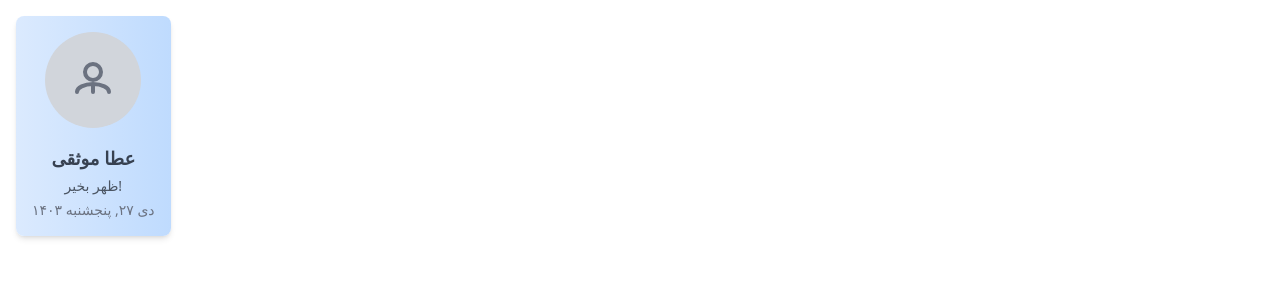
Repository: spnovaa/work-hive
Page: / (app in front_end/)
An editor plug-in stored every save of this project. The page is shown before and after a run of saves, followed by the edit.
The browser window is 1280 px wide. The pictures show the whole page.
The project was rebuilt for these pictures with package versions that can differ from the ones it lists, and the page was loaded fresh each time. Also part of the build but not shown: front_end/src/api/auth.js, front_end/src/pages/login.jsx, front_end/src/pages/registration.jsx, front_end/src/components/profile/dropdown.jsx.

Above is the page before, as saved 2025-01-16 15:32:29.

### front_end/src/index.js
import React from 'react';
import ReactDOM from 'react-dom/client'; // Import from 'react-dom/client' for React 18+
import './styles/globals.css';
import App from './App';

// Create a root element for rendering the React application
const root = ReactDOM.createRoot(document.getElementById('root'));

// Use the new `render` method for React 18+
root.render(
  <React.StrictMode>
    <App />
  </React.StrictMode>
);

### front_end/src/App.jsx
import React from 'react';
import { BrowserRouter as Router, Routes, Route } from 'react-router-dom';
import Login from './pages/login';
import Registration from './pages/registration';
import Home from './pages/home';

function App() {
  return (
    <Router>
      <Routes>
        <Route path="/login" element={<Login />} />
        <Route path="/register" element={<Registration />} />
        <Route path="/" element = {<Home/>}/>
      </Routes>
    </Router>
  );
}

export default App;

### front_end/src/pages/home.jsx
import React, { useState } from 'react';
import ProfileSection from '../components/profile/profileSection';

function Home() {
  const [background, setBackground] = useState('bg-white');
  const handleBackgroundChange = (bg) => {
    setBackground(bg);
  };
  const getCurrentDate = () => {
    const options = { weekday: 'long', year: 'numeric', month: 'long', day: 'numeric' };
    return new Date().toLocaleDateString('fa-IR', options); // Persian calendar format
  };
  return (
    <div className={`h-screen ${background} p-4`}>
      <div className="absolute top-4 left-4">
        <ProfileSection
          name="عطا موثقی"
          greeting="ظهر بخیر!"
          date={getCurrentDate()}
          onBackgroundChange={handleBackgroundChange}
        />
      </div>
    </div>
  );
}

export default Home;

### front_end/src/components/profile/profileSection.jsx
import React, { useState, useEffect, useRef } from 'react';
import ProfileDropdown from './dropdown.jsx';

const ProfileSection = ({ name, greeting, date, onBackgroundChange }) => {
  const [isDropdownOpen, setIsDropdownOpen] = useState(false);
  const dropdownRef = useRef(null);

  const toggleDropdown = () => {
    setIsDropdownOpen((prev) => !prev);
  };

  // Close dropdown when clicking outside
  useEffect(() => {
    const handleClickOutside = (event) => {
      if (dropdownRef.current && !dropdownRef.current.contains(event.target)) {
        setIsDropdownOpen(false);
      }
    };

    document.addEventListener('mousedown', handleClickOutside);
    return () => {
      document.removeEventListener('mousedown', handleClickOutside);
    };
  }, []);

  return (
    <div className="relative">
  {/* Profile Section */}
  <div
    className={`relative z-0 p-4 bg-gradient-to-r from-blue-100 to-blue-200 rounded-lg shadow-md max-w-xs cursor-pointer ${
      isDropdownOpen ? 'hidden' : ''
    }`}
    onClick={toggleDropdown}
  >
    <div className="flex flex-col items-center">
      <div className="bg-gray-300 w-24 h-24 rounded-full flex items-center justify-center mb-4">
        <svg
          xmlns="http://www.w3.org/2000/svg"
          className="h-12 w-12 text-gray-500"
          fill="none"
          viewBox="0 0 24 24"
          stroke="currentColor"
        >
          <path
            strokeLinecap="round"
            strokeLinejoin="round"
            strokeWidth="2"
            d="M12 12c2.21 0 4-1.79 4-4s-1.79-4-4-4-4 1.79-4 4 1.79 4 4 4zM12 14c-4.418 0-8 1.79-8 4m8-4c4.418 0 8 1.79 8 4m-8-4v4"
          />
        </svg>
      </div>
      <h2 className="text-lg font-semibold text-gray-700">{name}</h2>
      <p className="text-sm text-gray-600 mt-1">{greeting}</p>
      <p className="text-sm text-gray-500 mt-1">{date}</p>
    </div>
  </div>

  {/* Dropdown */}
  {isDropdownOpen && (
    <div
      ref={dropdownRef}
      className="absolute top-0 left-0  bg-white rounded-lg shadow-lg p-4 w-full"
    >
      <ProfileDropdown onBackgroundChange={onBackgroundChange} />
    </div>
  )}
</div>

  );
};

export default ProfileSection;

Loaded but not shown: front_end/public/index.html (common file); front_end/src/styles/globals.css (common file); front_end/tailwind.config.js (common file)

After the next 2 saves:
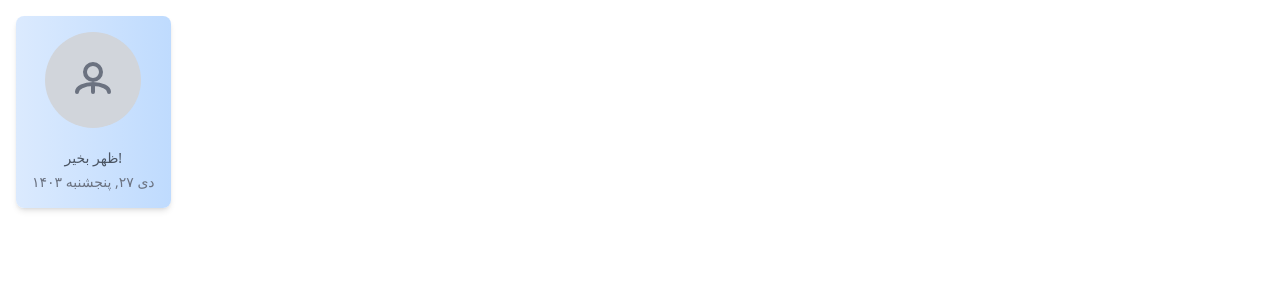
The 2 saves are shown as one change because 1 did not build or start.
The last was saved 4 min 54 s later.
--- a/front_end/src/pages/home.jsx
+++ b/front_end/src/pages/home.jsx
@@ -1,7 +1,7 @@
 import React, { useState } from 'react';
 import ProfileSection from '../components/profile/profileSection';
 
-function Home() {
+function Home({name =null}) {
   const [background, setBackground] = useState('bg-white');
   const handleBackgroundChange = (bg) => {
     setBackground(bg);
@@ -14,7 +14,7 @@ function Home() {
     <div className={`h-screen ${background} p-4`}>
       <div className="absolute top-4 left-4">
         <ProfileSection
-          name="عطا موثقی"
+          name={name}
           greeting="ظهر بخیر!"
           date={getCurrentDate()}
           onBackgroundChange={handleBackgroundChange}
